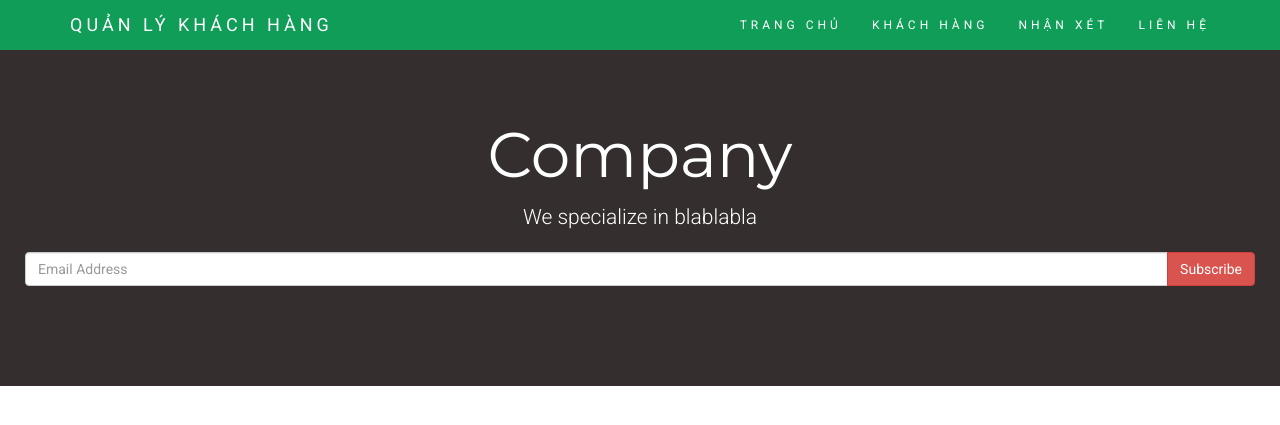
Repository: huutien1904/bt2-ltw
Page: index.html
The author's editor kept a copy of each file at every save. The page is drawn from the files as they stood at one save, then again after the next save.
The browser window is 1280 px wide. The pictures show the whole page.

Above is the page before, as saved 2021-11-03 16:14:54.

After the next save:
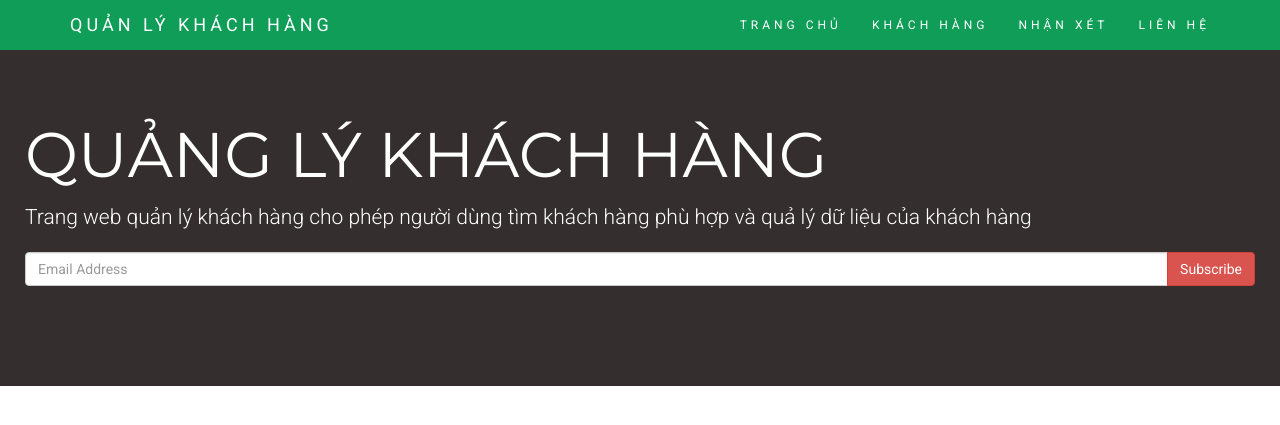
Saved 2 min 55 s later.
--- a/index.html
+++ b/index.html
@@ -42,9 +42,9 @@
     </nav>
   <!-- and navbar -->
   <!--  -->
-    <div class="jumbotron text-center">
-      <h1>Company</h1>
-      <p>We specialize in blablabla</p>
+    <div class="jumbotron text-left">
+      <h1>QUẢNG LÝ KHÁCH HÀNG</h1>
+      <p>Trang web quản lý khách hàng cho phép người dùng tìm khách hàng phù hợp và quả lý dữ liệu của khách hàng </p>
       <form>
         <div class="input-group">
           <input type="email" class="form-control" size="50" placeholder="Email Address" required>
